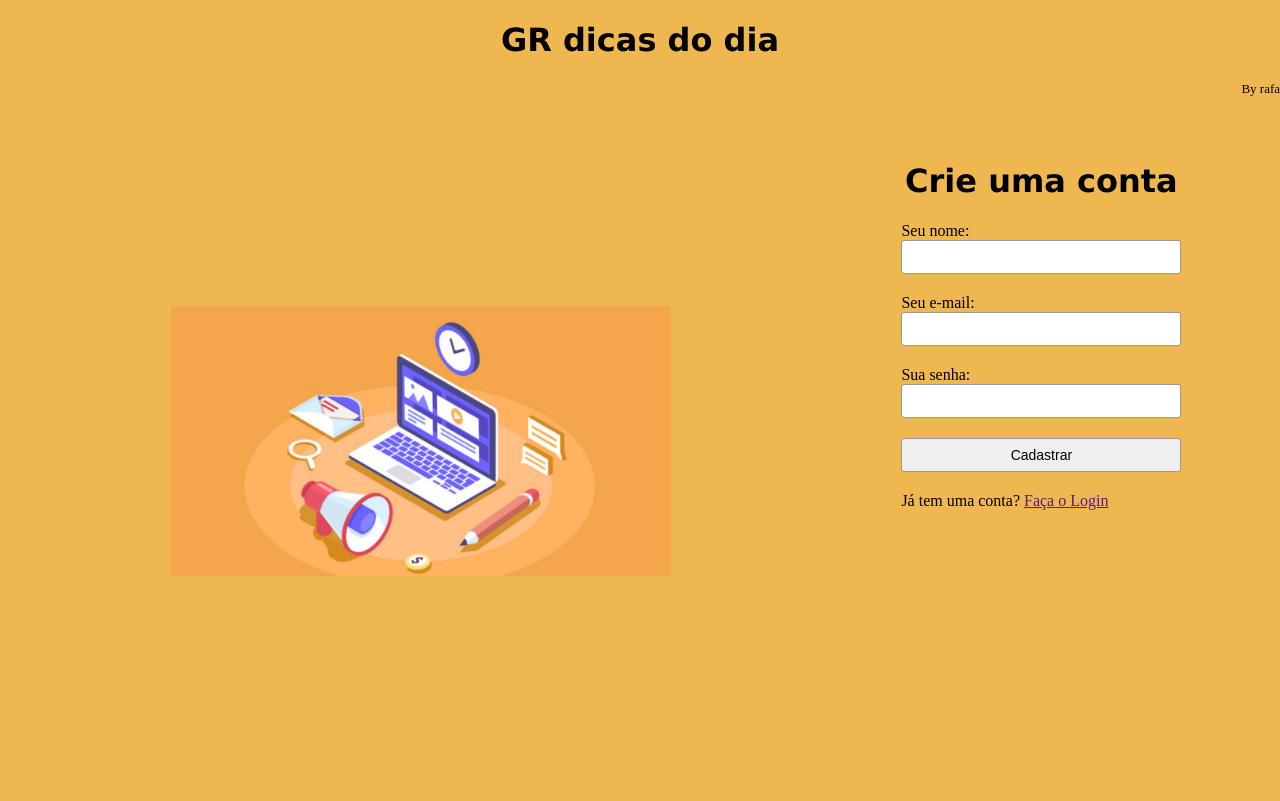
Repository: rafavirginio/tela-de-login
Page: index.html
An editor plug-in stored every save of this project. The page is shown before and after the next save, followed by the edit.
The browser window is 1280 px wide. The pictures show the whole page.

Above is the page before, as saved 2020-09-17 15:23:12.

### index.html
<!DOCTYPE html>
<html lang="en">

<head>
    <meta charset="UTF-8">
    <meta name="viewport" content="width=device-width, initial-scale=1.0">
    <title> Validador de Formulário </title>
    <link rel="stylesheet" href="style.css" />
    <h1>GR dicas do dia</h1>

</head>

<body>


    <div class="screen">
        <div class="leftside">
            <img src="imgGR.png" alt ""/>

        </div>
        <div class="rightside">
            <h1>Crie uma conta</h1>

            <form method="POST" action="cadastro.php" class="grValidator">


                <label>
                Seu nome: <br/>
                <input type="text" name="name" data-rules="required|min=2" />
            </label>
                <label>
                Seu e-mail: <br/>
                <input type="text" name="email" data-rules="required|email" />
            </label>
                <label>
                Sua senha: <br/>
                <input type="password" name="password"data-rules="required|min=4" />
                </label>
                <label>
                <input type="submit" value="Cadastrar" />
                </label>
            </form>
            <div>
                Já tem uma conta? <a href=""> Faça o Login</a>
            </div>
        </div>
        <span>By rafa</span>

        <script src="script.js"></script>
</body>

</html>

### style.css
* {
    box-sizing: border-box;
}

h1 {
    font-family: 'Lucida Sans', 'Lucida Sans Regular', 'Lucida Grande', 'Lucida Sans Unicode', Geneva, Verdana, sans-serif;
    display: flex;
    justify-content: center;
}

body {
    background-color: rgb(238, 183, 80);
    margin: 0;
}

.screen {
    display: flex;
    height: 100vh;
    flex-wrap: wrap;
}

.leftside {
    flex: 1;
    display: flex;
    justify-content: center;
    align-items: center;
}

.leftside img {
    max-width: 500px;
    height: auto;
}

.rightside {
    width: 400px;
    background-color: rgb(238, 183, 80);
    padding: 60px;
}

span {
    font-size: 13px;
    justify-content: right, end;
}

.rightside label {
    display: block;
    margin-bottom: 20px;
}

.rightside input {
    width: 100%;
    border: 1px solid #999;
    border-radius: 3px;
    padding: 8px;
    font-size: 14px;
    outline: 0;
}

.error {
    font-size: 11px;
    background-color: orangered;
    color: #FFF;
    padding: 4px;
    border-radius: 5px;
}

### script.js
let grValidator = {
    handleSubmit: (event) => {
        event.preventDefault();
        let send = true;

        let inputs = form.querySelectorAll('input');

        grValidator.clearErrors();

        for (let i = 0; i < inputs.length; i++) {
            let input = inputs[i];
            let check = grValidator.checkInput(input);
            if (check !== true) {
                send = false;
                grValidator.showError(input, check);
            }
        }

        if (send) {
            form.submit();
        }
    },
    checkInput: (input) => {
        let rules = input.getAttribute('data-rules');

        if (rules !== null) {
            rules = rules.split('|');
            for (let k in rules) {
                let rDetails = rules[k].split('=');
                switch (rDetails[0]) {
                    case 'required':
                        if (input.value == '') {
                            return 'Este campo é obrigatório.';
                        }
                        break;
                    case 'min':
                        if (input.value.length < rDetails[1]) {
                            return 'Campo deve conter pelo menos ' + rDetails[1] + ' caracteres';
                        }
                        break;
                    case 'email':
                        if (input.value != '') {
                            //validação email
                            let regex = /^(([^<>()\[\]\\.,;:\s@"]+(\.[^<>()\[\]\\.,;:\s@"]+)*)|(".+"))@((\[[0-9]{1,3}\.[0-9]{1,3}\.[0-9]{1,3}\.[0-9]{1,3}])|(([a-zA-Z\-0-9]+\.)+[a-zA-Z]{2,}))$/;
                            if (!regex.test(input.value.toLowerCase())) {
                                return 'E-mail digitado não é válido!';
                            }

                        }
                        break;
                }
            }
        }

        return true;
    },

    showError: (input, error) => {
        input.style.borderColor = '#FF0000';

        let errorElement = document.createElement('div');
        errorElement.classList.add('error');
        errorElement.innerHTML = error;

        input.parentElement.insertBefore(errorElement, input.ElementSibling)
    },
    clearErrors: () => {
        let inputs = form.querySelectorAll('input');
        for (let i = 0; i < inputs.length; i++) {
            inputs[i].style = '';
        }
        let errorElements = document.querySelectorAll('.error');
        for (let i = 0; i < errorElements.length; i++) {
            errorElements[i].remove();

        }
    }
};
let form = document.querySelector('.grValidator');
form.addEventListener('submit', grValidator.handleSubmit);

After the next save:
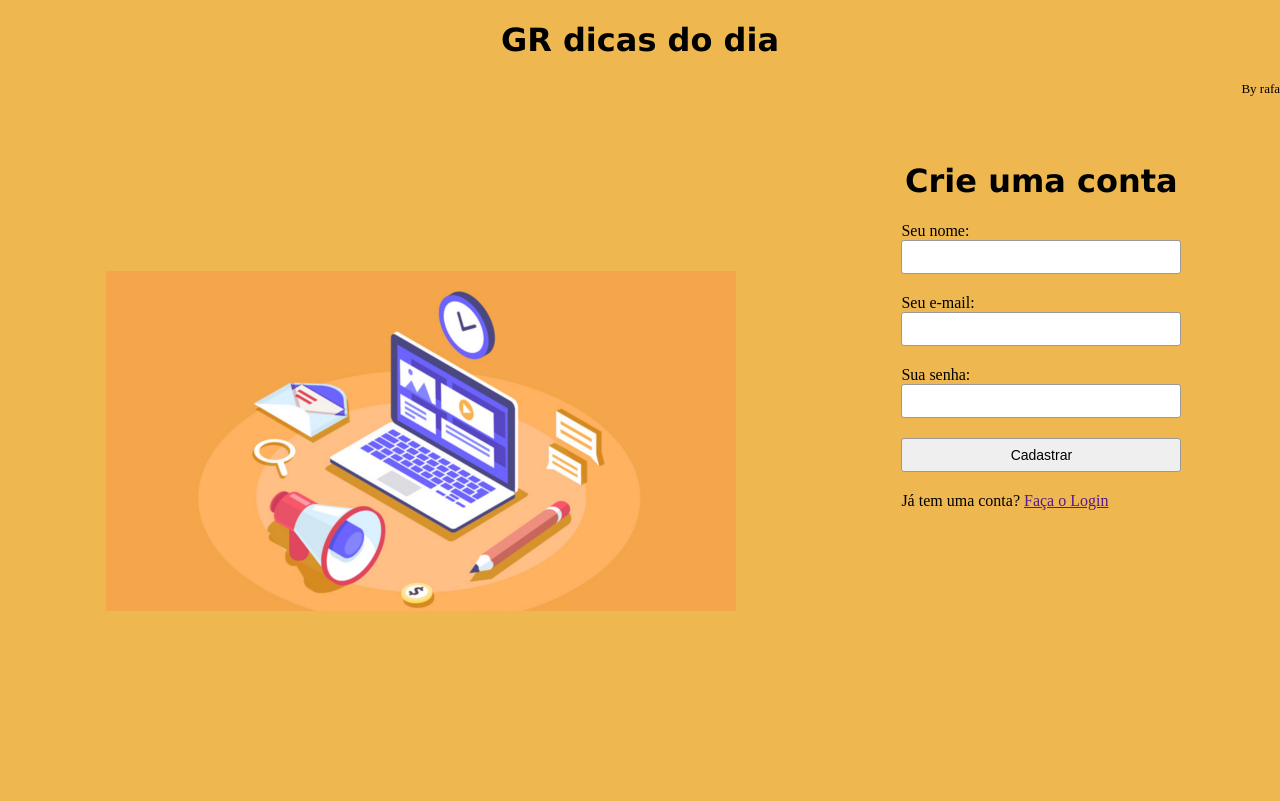
Saved 13 s later.
--- a/style.css
+++ b/style.css
@@ -27,7 +27,7 @@
 }
 
 .leftside img {
-    max-width: 500px;
+    max-width: 5000px;
     height: auto;
 }
 

After the save that followed:
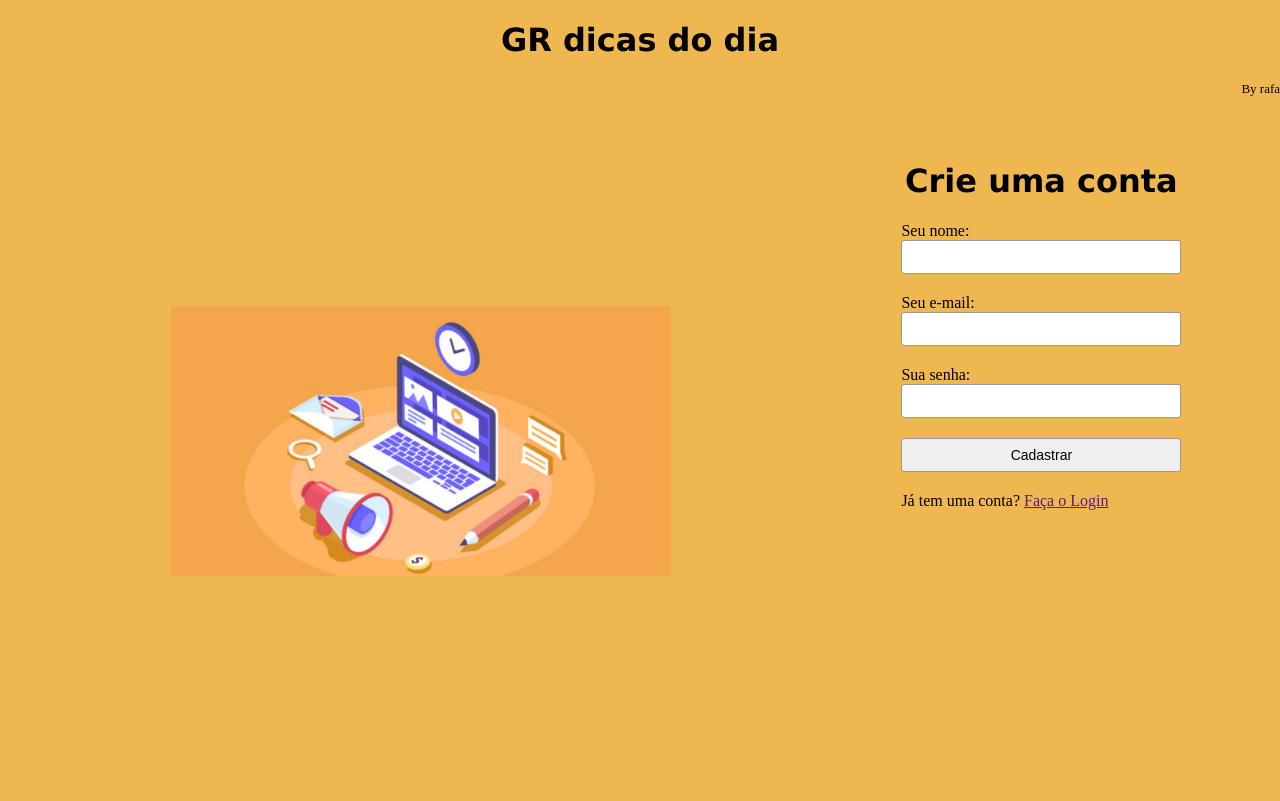
Saved 7 s later.
--- a/style.css
+++ b/style.css
@@ -27,7 +27,7 @@
 }
 
 .leftside img {
-    max-width: 5000px;
+    max-width: 500px;
     height: auto;
 }
 
